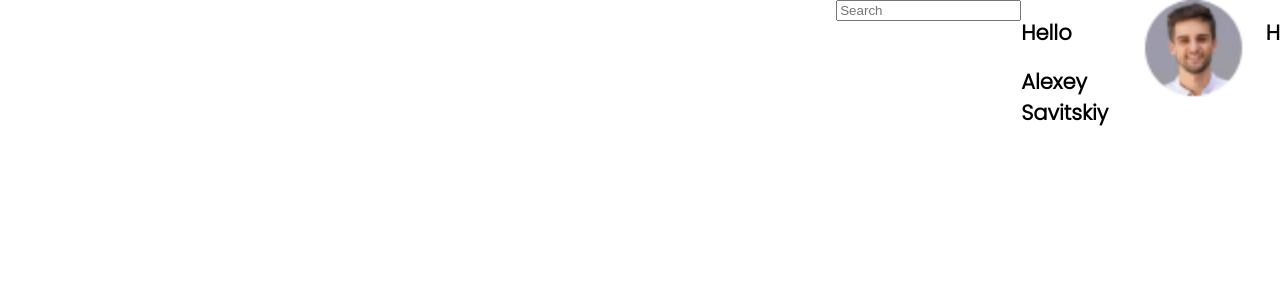
Repository: Anuruddha00/dashboard-design
Page: /
The author's editor kept a copy of each file at every save. The page is drawn from the files as they stood at one save, then again after the next save.
The browser window is 1280 px wide. The pictures show the whole page.
The project was rebuilt for these pictures with package versions that can differ from the ones it lists, and the page was loaded fresh each time.

Above is the page before, as saved 2021-05-06 22:36:22.

### public/index.html
<!DOCTYPE html>
<html lang="en">
  <head>
    <meta charset="utf-8" />
    <link rel="icon" href="%PUBLIC_URL%/favicon.ico" />
    <meta name="viewport" content="width=device-width, initial-scale=1" />
    <meta name="theme-color" content="#000000" />
    <meta
      name="description"
      content="Web site created using create-react-app"
    />
    <link rel="apple-touch-icon" href="%PUBLIC_URL%/logo192.png" />

    <link rel="preconnect" href="https://fonts.gstatic.com">
    <link href="https://fonts.googleapis.com/css2?family=Poppins:wght@300&display=swap" rel="stylesheet">

    <!--
      manifest.json provides metadata used when your web app is installed on a
      user's mobile device or desktop. See https://developers.google.com/web/fundamentals/web-app-manifest/
    -->
    <link rel="manifest" href="%PUBLIC_URL%/manifest.json" />
    <!--
      Notice the use of %PUBLIC_URL% in the tags above.
      It will be replaced with the URL of the `public` folder during the build.
      Only files inside the `public` folder can be referenced from the HTML.

      Unlike "/favicon.ico" or "favicon.ico", "%PUBLIC_URL%/favicon.ico" will
      work correctly both with client-side routing and a non-root public URL.
      Learn how to configure a non-root public URL by running `npm run build`.
    -->
    <title>React App</title>
  </head>
  <body>
    <noscript>You need to enable JavaScript to run this app.</noscript>
    <div id="root"></div>
    <!--
      This HTML file is a template.
      If you open it directly in the browser, you will see an empty page.

      You can add webfonts, meta tags, or analytics to this file.
      The build step will place the bundled scripts into the <body> tag.

      To begin the development, run `npm start` or `yarn start`.
      To create a production bundle, use `npm run build` or `yarn build`.
    -->
  </body>
</html>

### src/index.js
import React from 'react';
import ReactDOM from 'react-dom';
import Dashboard from './containers/Dashboard/Dashboard';
import reportWebVitals from './reportWebVitals';

ReactDOM.render(
  <React.StrictMode>
    <Dashboard />
  </React.StrictMode>,
  document.getElementById('root')
);

// If you want to start measuring performance in your app, pass a function
// to log results (for example: reportWebVitals(console.log))
// or send to an analytics endpoint. Learn more: https://bit.ly/CRA-vitals
reportWebVitals();

### src/containers/Dashboard/Dashboard.js
import React from 'react';
import './Dashboard.scss';

const dashboard = () =>{

    return(
        <div className='container'>
            <div className='dashboard'>
                <nav className ='dashboardNavBar'>
                    <div className='dashboardNavBarContent'>
                        <div className='dashboardNavBarContentSearch'>
                            <form className='dashboardNavBarContentSearchField'>
                                <input type='text' placeholder='Search'/>
                            </form>
                        </div>
                        <div className='dashboardNavBarContentProfile'>
                            <div className='dashboardNavBarContentProfileName'>
                                <h2>Hello</h2>
                                <h2>Alexey Savitskiy</h2>
                            </div>
                            <img src='./assets/Image 9.png'/>
                            <h1>H</h1>
                        </div>
                    </div>
                </nav>


            </div>
        </div>
    )

}
export default dashboard;

### src/containers/Dashboard/Dashboard.scss

body{
    margin: 0;
    padding: 0;
    font-size: 0.875rem;
    font-family: 'Poppins', sans-serif;
}

.container{

    .dashboard{


        &NavBar{
            display: flex;
            justify-content: end;

            &Content{
                display: flex;
                justify-content: space-between;

                &Search{

                    &Field{

                    }
                }
                &Profile{
                    display: flex;
                    gap: 1em;
                }
            }
        }
    }
}

Loaded but not shown: src/reportWebVitals.js (common file)

After the next save:
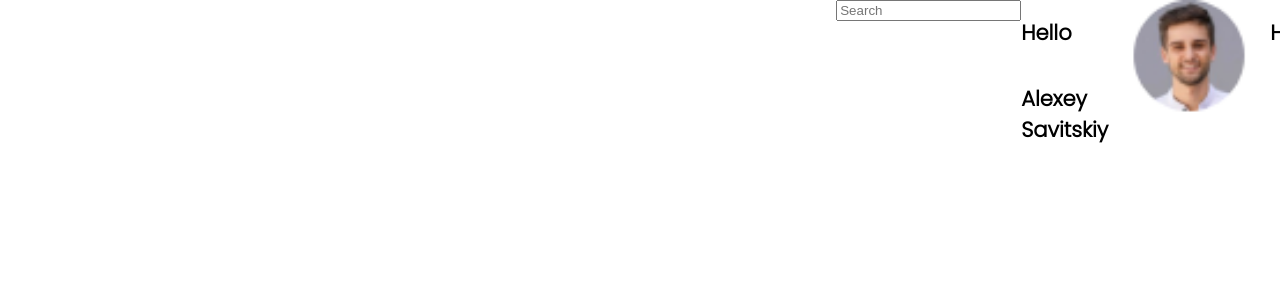
Saved 41 s later.
--- a/src/containers/Dashboard/Dashboard.scss
+++ b/src/containers/Dashboard/Dashboard.scss
@@ -26,6 +26,11 @@ body{
                     }
                 }
                 &Profile{
+
+                    &Name{
+                        display: flex;
+                        flex-direction: column;
+                    }
                     display: flex;
                     gap: 1em;
                 }

After the save that followed:
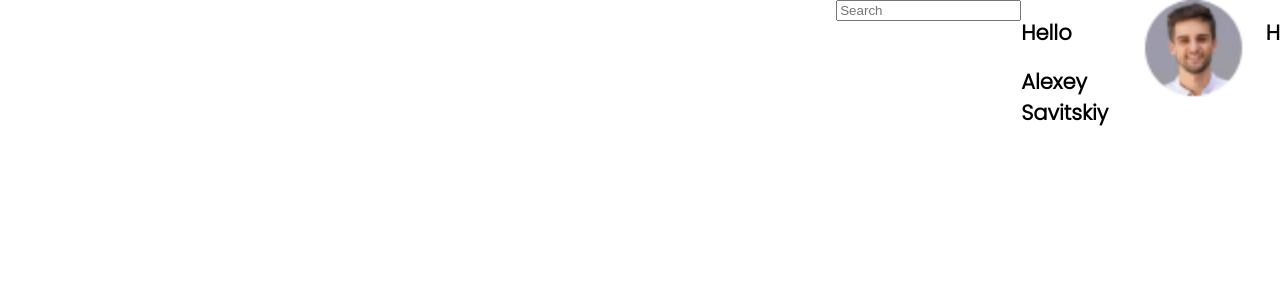
Saved 38 s later.
--- a/src/containers/Dashboard/Dashboard.scss
+++ b/src/containers/Dashboard/Dashboard.scss
@@ -28,8 +28,7 @@ body{
                 &Profile{
 
                     &Name{
-                        display: flex;
-                        flex-direction: column;
+
                     }
                     display: flex;
                     gap: 1em;
